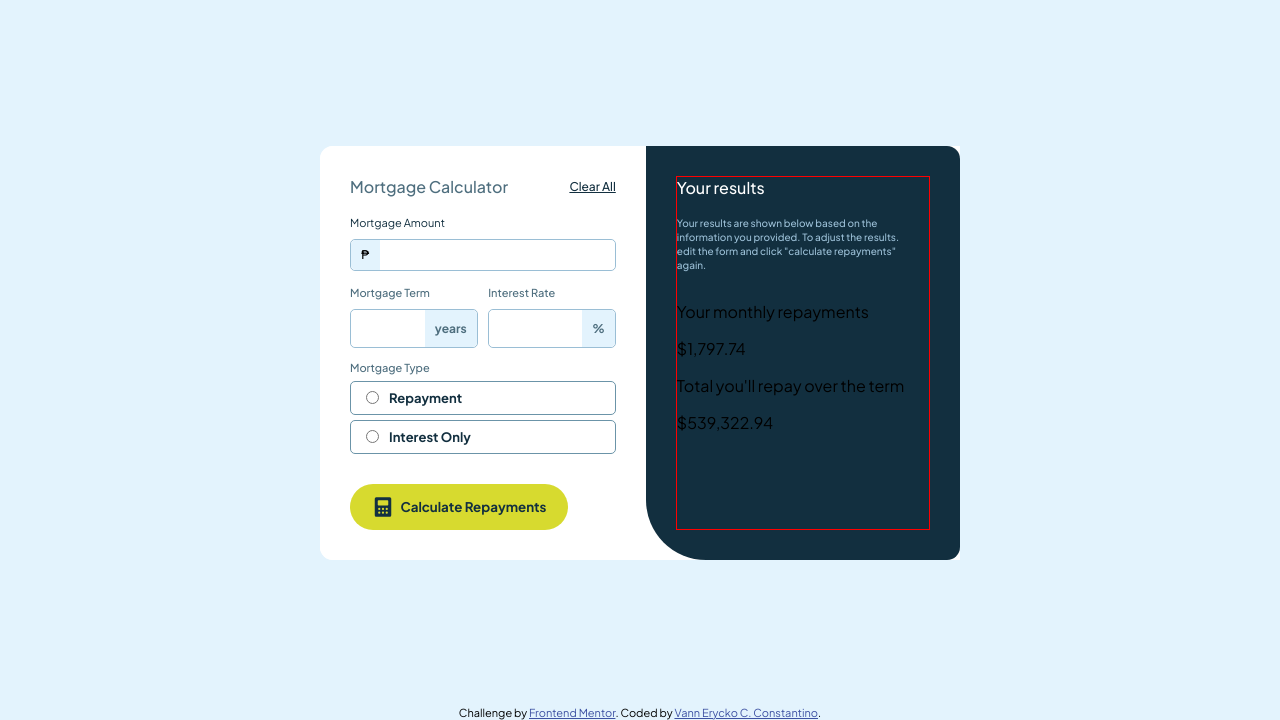
Repository: kocokoy/mortgage-repayment-calculator
Page: index.html
These files come from the project's save history. The page is drawn as it stood at one moment and after the next save; the edit follows.
The browser window is 1280 px wide. The pictures show the whole page.

Above is the page before, as saved 2024-10-30 14:35:04.

After the next save:
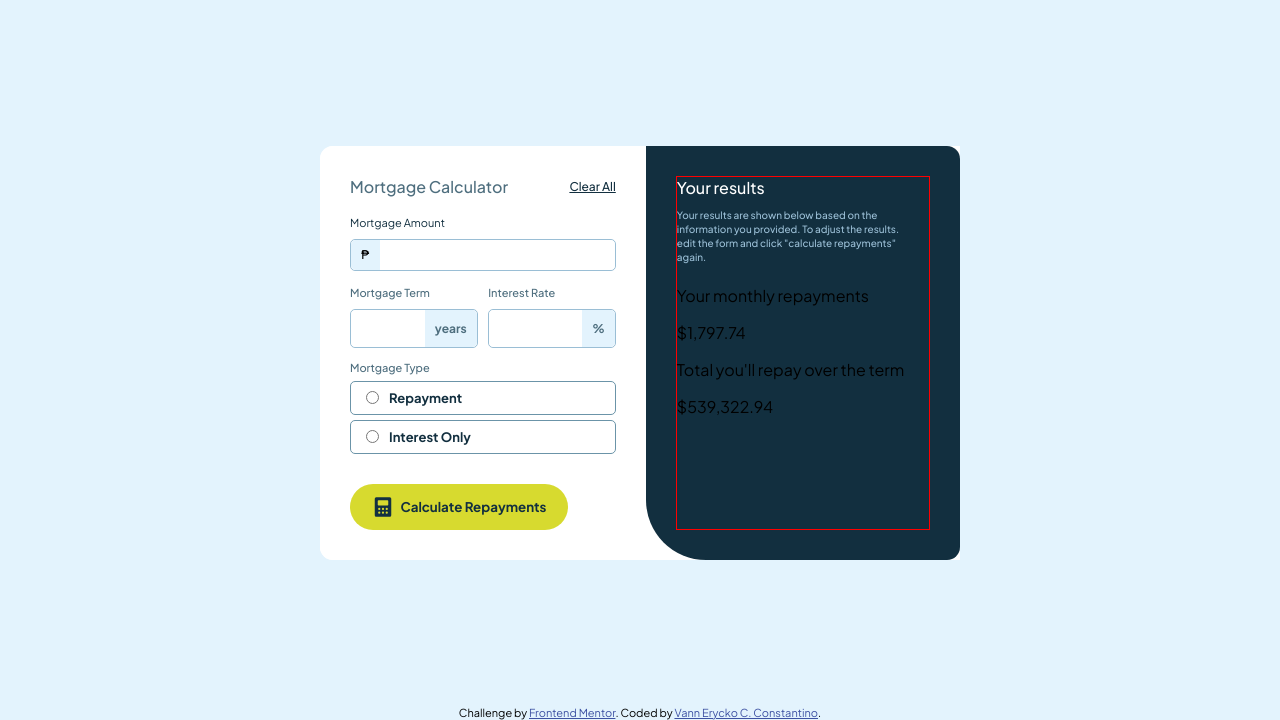
Saved 7 s later.
--- a/styles/style.css
+++ b/styles/style.css
@@ -348,6 +348,6 @@ input[type="radio"]{
   font-weight: 500;
   font-size: 10px;
   width: 93%;
-  padding: 13px 0px;
+  padding: 5px 0px;
   line-height: 14px;
 }
